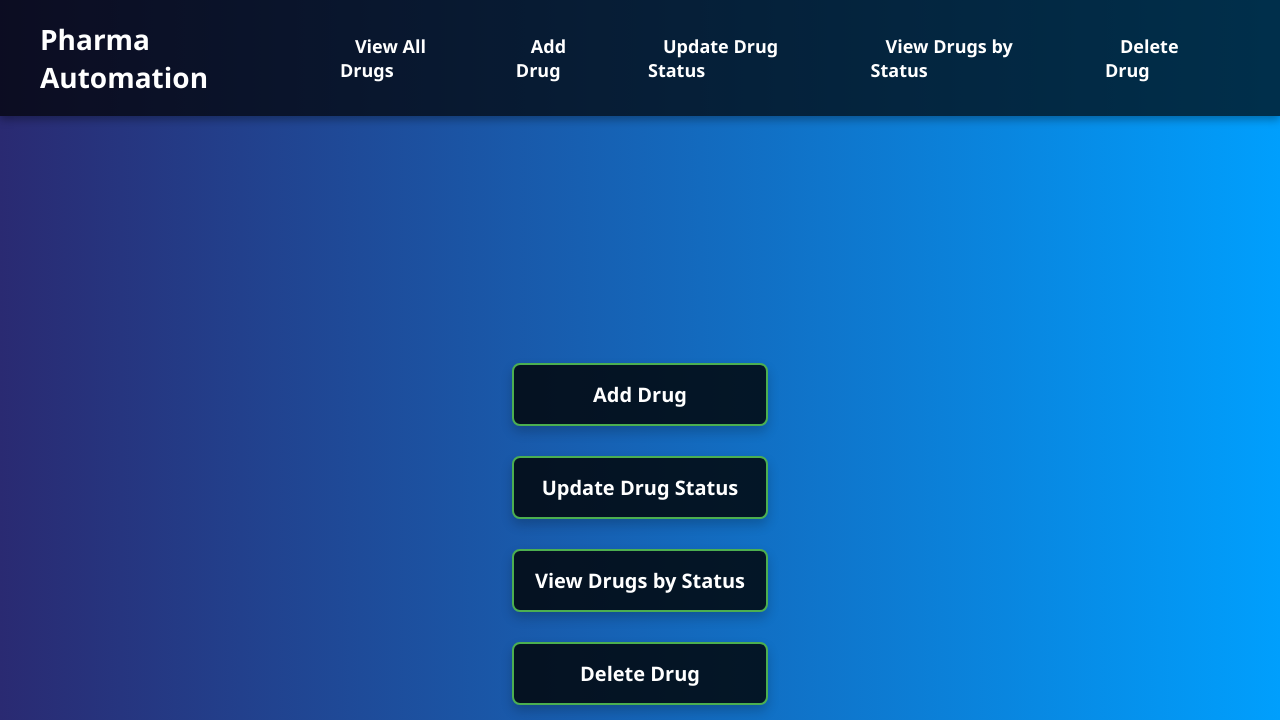
Repository: Clarrieous/Infosys-intern
Page: http://localhost/index
An editor plug-in stored every save of this project. The page is shown before and after the next save, followed by the edit.
The browser window is 1280 px wide. The pictures show the whole page.
The page is this project's Thymeleaf template; nobody is signed in. The template is opened directly, without the code that normally fills it, so the values that code supplies are empty.

Above is the page before, as saved 2024-12-08 12:57:12.

### ClientService/src/main/resources/templates/index.html
<!DOCTYPE html>
<html xmlns:th="http://www.thymeleaf.org">
<head>
    <meta charset="UTF-8">
    <meta name="viewport" content="width=device-width, initial-scale=1.0">
    <title>Pharma Automation System</title>
    <style>
        body {
            font-family: 'Segoe UI', Tahoma, Geneva, Verdana, sans-serif;
            margin: 0;
            padding: 0;
            background: linear-gradient(to right, #2a2a72, #009ffd);
            color: #fff;
            height: 100vh;
            display: flex;
            flex-direction: column;
            justify-content: space-between;
        }

        .navbar {
            display: flex;
            justify-content: space-between;
            align-items: center;
            padding: 20px 40px;
            background-color: rgba(0, 0, 0, 0.7);
            box-shadow: 0 4px 8px rgba(0, 0, 0, 0.3);
        }

        .navbar h1 {
            margin: 0;
            font-size: 28px;
            font-weight: bold;
            color: #fff;
        }

        .navbar ul {
            list-style-type: none;
            margin: 0;
            padding: 0;
            display: flex;
        }

        .navbar ul li {
            margin-left: 20px;
        }

        .navbar ul li a {
            color: white;
            text-decoration: none;
            font-size: 18px;
            font-weight: 600;
            transition: color 0.3s;
            padding: 10px 15px;
            border-radius: 4px;
        }

        .navbar ul li a:hover {
            background-color: #4CAF50;
            color: white;
        }

        .button-list {
            display: flex;
            flex-direction: column;
            justify-content: center;
            align-items: center;
            margin-top: 40px;
        }

        .button-list a {
            display: block;
            width: 220px;
            text-align: center;
            padding: 16px;
            margin: 15px 0;
            font-size: 20px;
            font-weight: bold;
            color: #fff;
            background-color: rgba(0, 0, 0, 0.8);
            text-decoration: none;
            border: 2px solid #4CAF50;
            border-radius: 8px;
            transition: all 0.3s ease;
            box-shadow: 0 6px 12px rgba(0, 0, 0, 0.2);
        }

        .button-list a:hover {
            background-color: #4CAF50;
            color: white;
            transform: translateY(-5px);
            box-shadow: 0 8px 16px rgba(0, 0, 0, 0.3);
        }

        @media (max-width: 768px) {
            .navbar {
                flex-direction: column;
                align-items: flex-start;
            }

            .navbar ul {
                flex-direction: column;
            }

            .button-list a {
                width: 90%;
                font-size: 18px;
                padding: 14px;
            }
        }
    </style>
</head>
<body>

    <div class="navbar">
        <h1>Pharma Automation</h1>
        <ul>
            <li><a th:href="@{/viewAllDrugs}">View All Drugs</a></li>
            <li><a th:href="@{/addDrug}">Add Drug</a></li>
            <li><a th:href="@{/updateStatus}">Update Drug Status</a></li>
            <li><a th:href="@{/viewDrugStatus}">View Drugs by Status</a></li>
            <li><a th:href="@{/deleteDrug}">Delete Drug</a></li>

        </ul>
    </div>

    <div class="button-list">

        <a th:href="@{/addDrug}">Add Drug</a>
        <a th:href="@{/updateStatus}">Update Drug Status</a>
        <a th:href="@{/viewDrugStatus}">View Drugs by Status</a>
        <a th:href="@{/deleteDrug}">Delete Drug</a>
    </div>

</body>
</html>

After the next save:
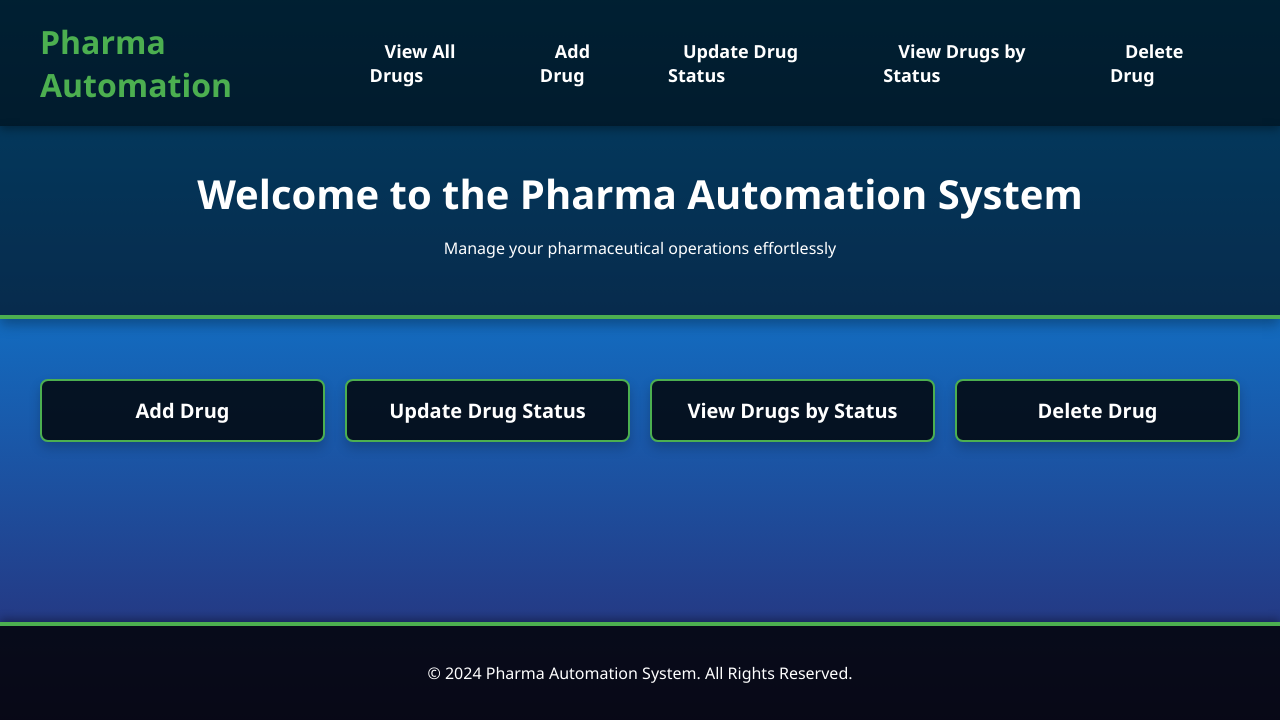
Saved 4 min 8 s later.
--- a/ClientService/src/main/resources/templates/index.html
+++ b/ClientService/src/main/resources/templates/index.html
@@ -9,12 +9,11 @@
             font-family: 'Segoe UI', Tahoma, Geneva, Verdana, sans-serif;
             margin: 0;
             padding: 0;
-            background: linear-gradient(to right, #2a2a72, #009ffd);
+            background: linear-gradient(to bottom, #009ffd, #2a2a72);
             color: #fff;
-            height: 100vh;
+            min-height: 100vh;
             display: flex;
             flex-direction: column;
-            justify-content: space-between;
         }
 
         .navbar {
@@ -22,15 +21,15 @@
             justify-content: space-between;
             align-items: center;
             padding: 20px 40px;
-            background-color: rgba(0, 0, 0, 0.7);
+            background-color: rgba(0, 0, 0, 0.8);
             box-shadow: 0 4px 8px rgba(0, 0, 0, 0.3);
         }
 
         .navbar h1 {
             margin: 0;
-            font-size: 28px;
+            font-size: 32px;
             font-weight: bold;
-            color: #fff;
+            color: #4CAF50;
         }
 
         .navbar ul {
@@ -45,11 +44,11 @@
         }
 
         .navbar ul li a {
-            color: white;
+            color: #fff;
             text-decoration: none;
             font-size: 18px;
             font-weight: 600;
-            transition: color 0.3s;
+            transition: color 0.3s, background-color 0.3s;
             padding: 10px 15px;
             border-radius: 4px;
         }
@@ -59,20 +58,31 @@
             color: white;
         }
 
+        .header {
+            text-align: center;
+            padding: 40px 20px;
+            background: rgba(0, 0, 0, 0.6);
+            margin-bottom: 20px;
+            border-bottom: 4px solid #4CAF50;
+            box-shadow: 0 6px 12px rgba(0, 0, 0, 0.3);
+        }
+
+        .header h2 {
+            font-size: 40px;
+            margin: 0;
+        }
+
         .button-list {
-            display: flex;
-            flex-direction: column;
-            justify-content: center;
-            align-items: center;
-            margin-top: 40px;
+            display: grid;
+            grid-template-columns: repeat(auto-fit, minmax(200px, 1fr));
+            gap: 20px;
+            padding: 40px;
+            text-align: center;
         }
 
         .button-list a {
             display: block;
-            width: 220px;
-            text-align: center;
             padding: 16px;
-            margin: 15px 0;
             font-size: 20px;
             font-weight: bold;
             color: #fff;
@@ -91,6 +101,16 @@
             box-shadow: 0 8px 16px rgba(0, 0, 0, 0.3);
         }
 
+        footer {
+            text-align: center;
+            padding: 20px;
+            background-color: rgba(0, 0, 0, 0.8);
+            color: #fff;
+            margin-top: auto;
+            border-top: 4px solid #4CAF50;
+            box-shadow: 0 -4px 8px rgba(0, 0, 0, 0.3);
+        }
+
         @media (max-width: 768px) {
             .navbar {
                 flex-direction: column;
@@ -101,10 +121,12 @@
                 flex-direction: column;
             }
 
-            .button-list a {
-                width: 90%;
-                font-size: 18px;
-                padding: 14px;
+            .button-list {
+                grid-template-columns: 1fr;
+            }
+
+            .header h2 {
+                font-size: 32px;
             }
         }
     </style>
@@ -119,17 +141,24 @@
             <li><a th:href="@{/updateStatus}">Update Drug Status</a></li>
             <li><a th:href="@{/viewDrugStatus}">View Drugs by Status</a></li>
             <li><a th:href="@{/deleteDrug}">Delete Drug</a></li>
-
         </ul>
     </div>
 
+    <div class="header">
+        <h2>Welcome to the Pharma Automation System</h2>
+        <p>Manage your pharmaceutical operations effortlessly</p>
+    </div>
+
     <div class="button-list">
-
         <a th:href="@{/addDrug}">Add Drug</a>
         <a th:href="@{/updateStatus}">Update Drug Status</a>
         <a th:href="@{/viewDrugStatus}">View Drugs by Status</a>
         <a th:href="@{/deleteDrug}">Delete Drug</a>
     </div>
 
+    <footer>
+        <p>&copy; 2024 Pharma Automation System. All Rights Reserved.</p>
+    </footer>
+
 </body>
 </html>
